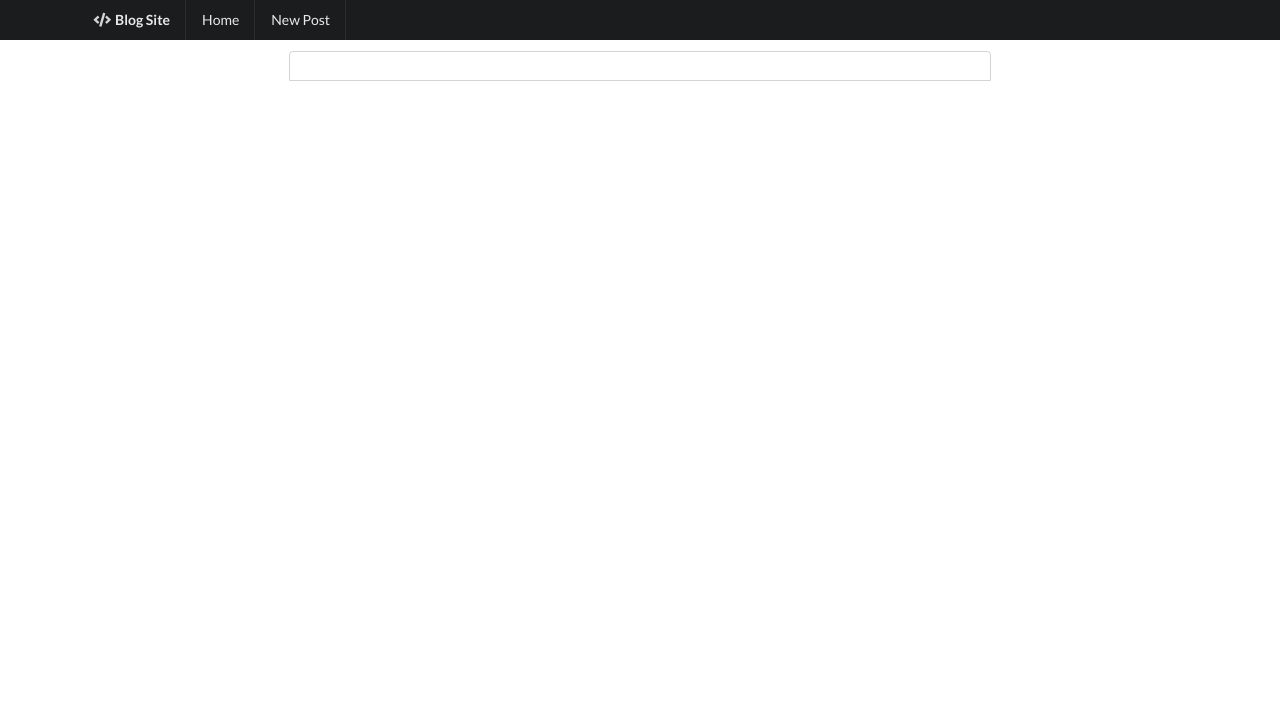
Repository: demioke/web-development-bootcamp
Page: http://localhost/blogs
The author's editor kept a record of every edit. The page is drawn from the files as they stood at one moment, then again after the next edit.
The browser window is 1280 px wide. The pictures show the whole page.
Some web libraries are served in a nearby version. The page is served by the project's Node server (RESTful_Routing/RESTfulBlogApp/app.js). Queries for data that is not in the repository find no rows.

Above is the page before.

### RESTful_Routing/RESTfulBlogApp/views/index.ejs
<% include ./partials/header %>

<div class="ui main text container">
    <div class="ui huge header">RESTful Blog App</div>
    <div class="ui top attached segment">
        <div class="ui divided items">
            <% blogs.forEach(function(blog) { %>
               <div class="item">
                   <div class="image">

                   </div>
                   <h2><%= blog.title%></h2>
                   <img src="<%= blog.image %>">
                   <span><%= blog.created %></span>
                   <p><%= blog.body.substring(0, 100) %>...</p>
                   <a href="/blogs/<%= blog._id%>">Read More</a>
               </div>
            <% }); %>
        </div>
    </div>
</div>



<!--limits the body to 100 characters-->
<% include ./partials/footer %>

### RESTful_Routing/RESTfulBlogApp/views/partials/header.ejs
<!DOCTYPE html>
<html>
    <head>
        <title>Blog App</title>
        <link rel="stylesheet" type="text/css" href="https://cdnjs.cloudflare.com/ajax/libs/semantic-ui/2.3.2/semantic.min.css">
        <link rel="stylesheet" type="text/css" href="/stylesheets/app.css">
    </head>
    <body>
        <div class="ui fixed inverted menu">
            <div class="ui container">
                <div class="header item"><i class="code icon"></i> Blog Site</div>
                <a href="/" class="item">Home</a>
                <a href="/blogs/new" class="item">New Post</a>
            </div>
        </div>

### RESTful_Routing/RESTfulBlogApp/app.js
var express = require("express");
var app = express();
var bodyParser = require("body-parser");
var mongoose = require("mongoose");
var methodOverride = require("method-override");
var expressSanitizer = require("express-sanitizer");

// APP CONFIG
mongoose.connect("mongodb://localhost/restful_blog_app");
app.set("view engine", "ejs");
app.use(express.static("public")); // allows us to serve custo stylesheets saved in this directory
app.use(bodyParser.urlencoded({extended: true}));
app.use(expressSanitizer()); //has to come after body-parser. allows us to prevent users from entering script tags int htmls
app.use(methodOverride("_method")); // looks for _method in urls to enable html to make PUT and DELETE requests


// MONGOOSE/MODEL CONFIG
var blogSchema = new mongoose.Schema({
    title: String,
    image: String,
    body: String,
    created: {type: Date, default: Date.now} //the date the object i.e. the blog was created. default variable can be used in other obj variabls as used here
});
var Blog = mongoose.model("Blog", blogSchema);

// RESTFUL ROUTES

app.get("/", function(req, res) {
    res.redirect("/blogs");
});

// INDEX ROUTE
app.get("/blogs", function(req, res) {
    Blog.find({}, function(err, blogs) { // find all blogs in DB: "blogs"
        if(err) {
            console.log("ERROR");
        }
        else {
            res.render("index", {blogs: blogs}); // pass all blogs to ejs as "blogs"
        }
    });
});

// NEW ROUTE
app.get("/blogs/new", function(req, res) {
   res.render("new");
});

// CREATE ROUTE
app.post("/blogs", function(req, res) {
    // create blog
    console.log(req.body.blog.body);
    req.body.blog.body = req.sanitize(req.body.blog.body); //sanitizes body of blog
    console.log("=====================");
    console.log(req.body.blog.body);
    Blog.create(req.body.blog, function(err, newBlog) {
        if(err) {
            res.render("new");
        }
        else { // redirect to the index
            res.redirect("/blogs");
        }
    });
});

// SHOW ROUTE
app.get("/blogs/:id", function(req, res) {
    Blog.findById(req.params.id, function(err, foundBlog) {
        if(err) {
            res.redirect("/blogs");
        }
        else {
            res.render("show", {blog: foundBlog});
        }
    });
});

// EDIT ROUTE
app.get("/blogs/:id/edit", function(req, res) {
    Blog.findById(req.params.id, function(err, foundBlog) {
        if(err) {
            res.redirect("/blogs");
        }
        else {
            res.render("edit", {blog: foundBlog});
        }
    });
});

// UPDATE ROUTE
app.put("/blogs/:id", function(req, res) {
    req.body.blog.body = req.sanitize(req.body.blog.body); //sanitizes body of blog
    Blog.findByIdAndUpdate(req.params.id, req.body.blog, function(err, updatedBlog) { // 2nd parameter of fn is the new updated data
        if(err) {
            res.redirect("/blogs");
        }
        else {
            res.redirect("/blogs/" + req.params.id) // redirects back to show page with updated blog
        }
    });
});

// DELETE ROUTE
app.delete("/blogs/:id", function(req, res) {
    //destroy blog
    Blog.findByIdAndRemove(req.params.id, function(err) { // callback fn only takes err argument as blog data may be deleted
        if(err) {
            res.redirect("/blogs");
        }
        else {
            res.redirect("/blogs");
        }
    });
    //redirect somewhere
});

app.listen(process.env.PORT, process.env.IP, function() {
    console.log("SERVER IS RUNNING");
});

### RESTful_Routing/RESTfulBlogApp/public/stylesheets/app.css
i .icon {
    font-size: 2em;
}

Loaded but not shown: RESTful_Routing/RESTfulBlogApp/views/partials/footer.ejs (common file)

After the next edit:
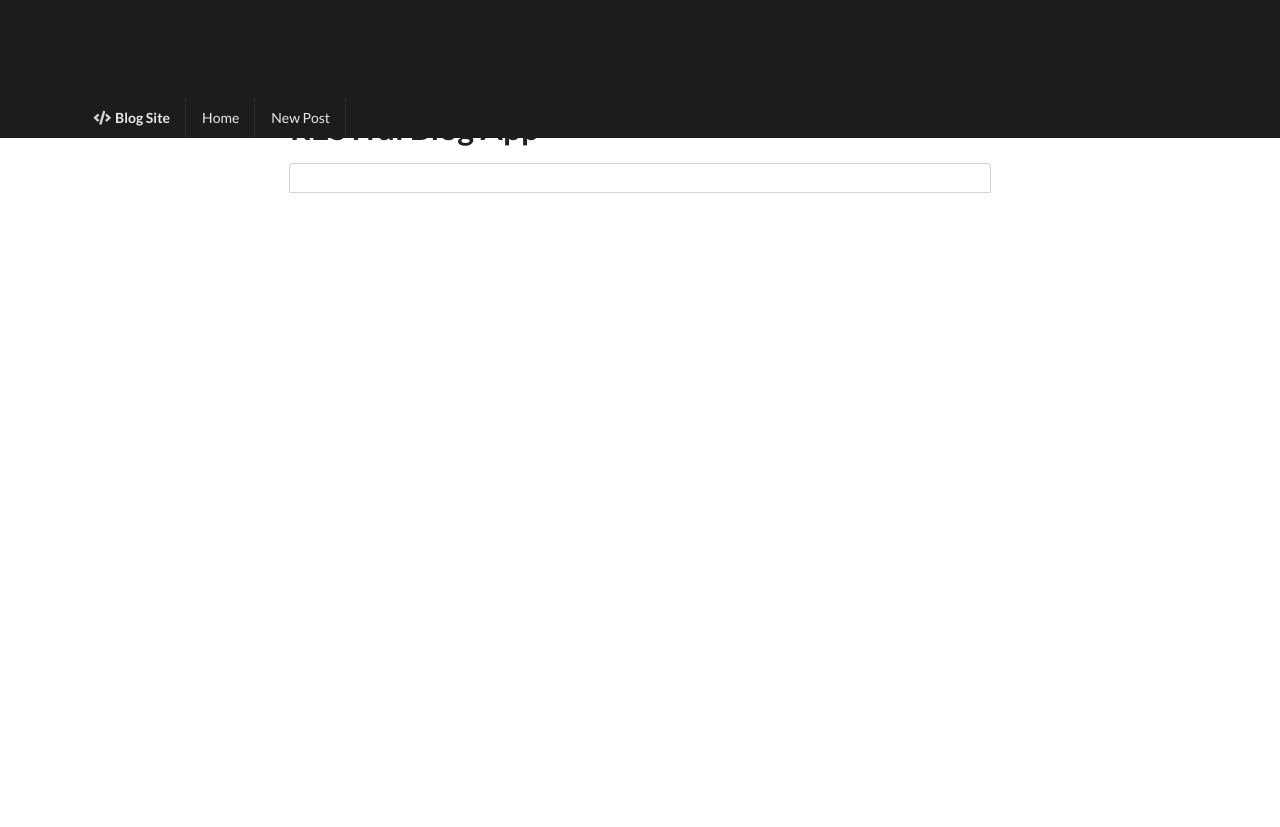
The edit:
--- a/RESTful_Routing/RESTfulBlogApp/public/stylesheets/app.css
+++ b/RESTful_Routing/RESTfulBlogApp/public/stylesheets/app.css
@@ -1,3 +1,7 @@
 i .icon {
     font-size: 2em;
 }
+
+.container {
+    margin-top:7.0em ;
+}
